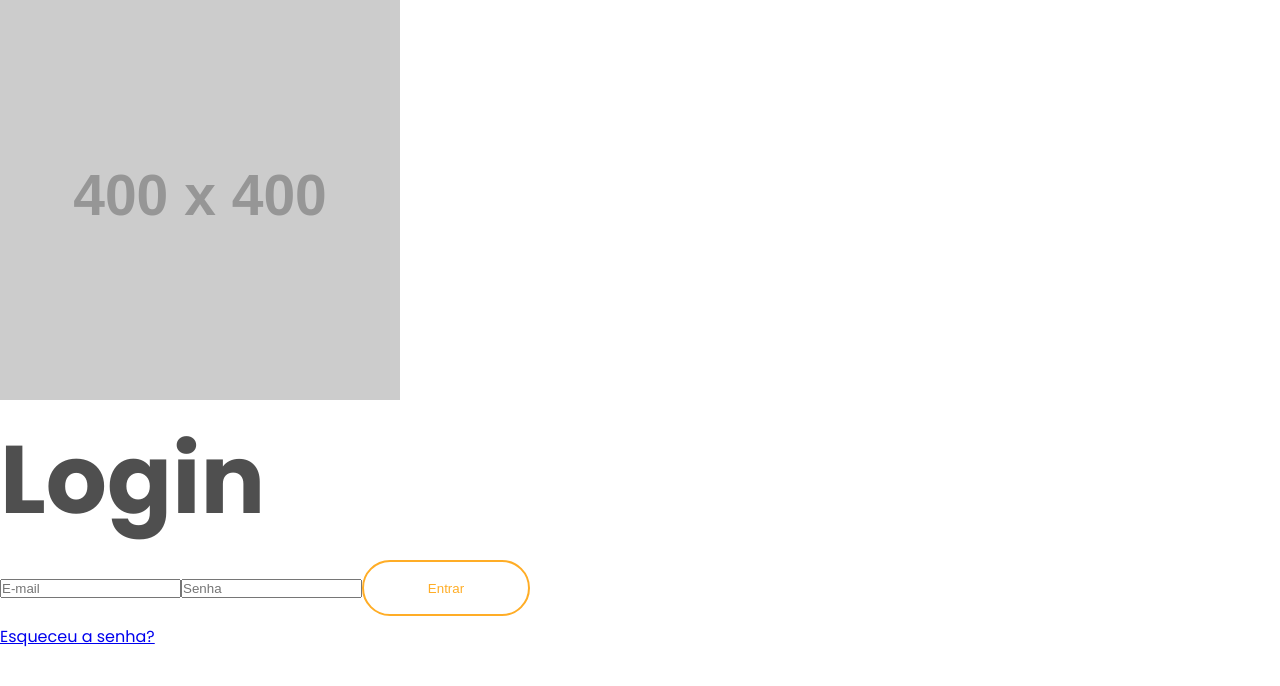
Repository: CCG-web/beeweb
Page: /login
An editor plug-in stored every save of this project. The page is shown before and after the next save, followed by the edit.
The browser window is 1280 px wide. The pictures show the whole page.
The project was rebuilt for these pictures with package versions that can differ from the ones it lists, and the page was loaded fresh each time. Also part of the build but not shown: src/components/Home.jsx, src/components/Sobre.css, src/components/Sobre.jsx, src/components/Cards.css, src/components/Cards.jsx, src/components/Team.css, src/components/Team.jsx, src/components/Contato.jsx and 5 more.

Above is the page before, as saved 2023-05-09 22:15:31.

### public/index.html
<!DOCTYPE html>
<html lang="en">
  <head>
    <meta charset="utf-8" />
    <link rel="icon" href="%PUBLIC_URL%/favicon.ico" />
    <meta name="viewport" content="width=device-width, initial-scale=1" />
    <meta name="theme-color" content="#000000" />
    <meta
      name="description"
      content="Web site created using create-react-app"
    />
    <link rel="preconnect" href="https://fonts.googleapis.com">
<link rel="preconnect" href="https://fonts.gstatic.com" crossorigin>
<link href="https://fonts.googleapis.com/css2?family=Poppins:ital,wght@0,100;0,200;0,300;0,400;0,500;0,600;0,700;0,800;0,900;1,100;1,200;1,300;1,400;1,500;1,600;1,700;1,800;1,900&display=swap" rel="stylesheet">
    <link rel="apple-touch-icon" href="%PUBLIC_URL%/logo192.png" />
    <!--
      manifest.json provides metadata used when your web app is installed on a
      user's mobile device or desktop. See https://developers.google.com/web/fundamentals/web-app-manifest/
    -->
    <link rel="manifest" href="%PUBLIC_URL%/manifest.json" />
    <!--
      Notice the use of %PUBLIC_URL% in the tags above.
      It will be replaced with the URL of the `public` folder during the build.
      Only files inside the `public` folder can be referenced from the HTML.

      Unlike "/favicon.ico" or "favicon.ico", "%PUBLIC_URL%/favicon.ico" will
      work correctly both with client-side routing and a non-root public URL.
      Learn how to configure a non-root public URL by running `npm run build`.
    -->
    <title>BeeWeb</title>
  </head>
  <body>
    <noscript>You need to enable JavaScript to run this app.</noscript>
    <div id="root"></div>
    <!--
      This HTML file is a template.
      If you open it directly in the browser, you will see an empty page.

      You can add webfonts, meta tags, or analytics to this file.
      The build step will place the bundled scripts into the <body> tag.

      To begin the development, run `npm start` or `yarn start`.
      To create a production bundle, use `npm run build` or `yarn build`.
    -->
  </body>
</html>

### src/index.js
import React from 'react';
import ReactDOM from 'react-dom/client';
import './index.css';
// import App from './App';

import { createBrowserRouter,RouterProvider } from "react-router-dom";
import App from "./App"
import Login from "./routes/Login"
const router = createBrowserRouter([
  {
path: "/",
element:<App/>,
  },{

  path: "login",
  element: <Login/>
},

])
const root = ReactDOM.createRoot(document.getElementById('root'));
root.render(
  <React.StrictMode>
    <RouterProvider router={router}/>
  </React.StrictMode>
);

### src/index.css
*{
   margin: 0;
   padding: 0;
   box-sizing: border-box;
}

### src/routes/Login.jsx
import React from 'react'
import "../routes/Login.css"
const Login = () => {
  return (
    <div className="row">
      <div className="col">
        <img src="https://via.placeholder.com/400x400" alt="Imagem de exemplo" />
      </div>
      <div className="col">
        <h1>Login</h1>
        <form>
          <input type="email" name="email" placeholder="E-mail" />
          <input type="password" name="password" placeholder="Senha" />
          <button type="submit">Entrar</button>
        </form>
        <a href="#">Esqueceu a senha?</a>
      </div>
    </div>
  )
}

export default Login

### src/App.css
body{
    font-family: 'Poppins', sans-serif;
}

nav {
    font-family: 'Poppins', sans-serif;
    font-size: 20px;
    font-weight: 300;

    position: fixed;
    z-index: 1;
    top: 0;
    width: 100%;
    height: 200px;
    background-color: #ffad26;
    color: white;
    opacity: 0.9;
}


.logo{
    position: absolute;
    left: 10px;
    top: -10px;
    width: 386px;
    height: 233px;

}
.list {
    list-style-type: none;
    background: #ffad26;
    height: 100%;
    display: flex;
    justify-content:flex-end;
    align-items: center;
    position: relative;
}

.items {
    margin-right: 75px;
    font-size: 20px;
    color: white;
    cursor: pointer;
    transition: color 0.3s ease, transform 0.3s ease;
  }

  .items:hover {
    color: black;
    transform: translateX(-5px) rotate(-5deg);
  }

.items {
    margin-right: 65px;
    font-size: 20px;

    color: white;
    cursor: pointer;
}

.btn {
    border: none;
    display: none;
    position: absolute;
    background-color:#ffad26;
    right: 10px;
    top: 20px;
    padding: 5px;
    color: white;
    font-size: 20px;
}

@media screen and (max-width: 1366px) {
    nav{
        height: 150px;

    }

    .logo{

        width: 308.8px;
        height: 186.4px;
    }
}

@media screen and (max-width: 1000px) {
    .list {
        flex-direction: column;
        height: auto;
    }
    .logo{
        position: absolute;
        left: 10px;
        top:0px;
        width: 155.6px;
        height: 93.2px;

    }
    nav{
        height: 100px;
    }
    .items:nth-child(1) {

        margin-top: 100px;
    }

    .items {
        border-top: 1px solid rgb(255, 249, 249);
        width: 100%;
        text-align: center;
        margin-right: 0px;
        padding: 20px 0;
    }

    .btn {
        display: block;
    }
}
/* fim navabar*/

.uso{
    display: flex;
    justify-content: center;
    width: 100%;
    height: 200px;
}

.imgUso{
    margin: 40px;
    width: 321px;
    height: 122px;
}

.imgEquipe{
    margin: 40px;
    width: 321px;
    height: 122px;
}

.cardContainer {

    display: flex;
    justify-content: center;

}

@media screen and (max-width: 768px) {
    .cardContainer {
        display: flex;

        flex-direction: column;
        align-items: center;

    }

    .card {

        width: 300px;



    }

}

@media screen and (max-width: 430px) {


.imgUso{
    margin: 40px;
    width: 120px;
    height: 61px;
}


    .card {
        width: 250px;


    }


}


@media screen and (max-width: 300px) {
    .card {
    margin-left: 5%;
    }
}

### src/components/Home.css
section {
    width: 100%;

    height: 800px;

    display: flex;
    justify-content: center;
    text-align: center;
    align-items: center;

}

h1 {
    font-family: 'Poppins', sans-serif;
    font-size: 96px;
    font-style: mixed;
    color: #4F4F4F;
}

p {
    font-family: 'Poppins', sans-serif;
    font-style: normal;
    font-size: 18px;
    color: #4F4F4F;
}

.btnProjeto {
    cursor: pointer;
    margin: 10px;
    font-size: 24px;
    background-color: #FFAD26;
    width: 280px;
    height: 86px;
    color: #FFFF;
    border: none;
    border-radius: 71px;
    transition: transform 0.4s ease-in-out, background-color 0.4s ease-in-out;
  }

  .btnProjeto:hover {
    background-color: #E76F00;
    transform: scale(1.05);
  }

  .btnProjeto:active {
    background-color: #FFC940;
    transform: scale(0.95);
  }



@media screen and (max-width: 1000px) {

    section{
        height:600px;;
    }



    h1 {
        font-size: 48px;
    }



    .btnProjeto {
        width: 140px;
        height: 43px;
        font-size: 12px;
    }
}


@media screen and (max-width: 400px) {
    h1 {
        font-size: 30px;
    }
    p {
        font-size: 10px;
    }

    .btnProjeto {
        width: 90px;
        height: 41.5px;
    }

}

### src/components/Contato.css
* {
    box-sizing: border-box;
  }

  body {

    margin: 0;
    padding: 0;
  }

  .itensForm{
    width: 100%;
    display: flex;
    justify-content: center;



  }
  .first{
    justify-content: end;
  }
  .listContact{

    margin-bottom: 15%;
    list-style-type: none;
  }

 .icons{
  color: #FFAD26;
    margin-right: 5px;
  }
  .Secord{

    justify-content: initial;
    margin-left: 5%;
  }
  .containerForm{


    display: flex;
    justify-content: center;

    align-items: center;
    height: 400px;
    background-color: white;
    margin-left: 12%;
    margin-right: 9%;
  }

  .form {
    display: flex;
    flex-direction: column;
    justify-content: center;
    align-items: center;
    background-color: white;
    border-radius: 5px;
    padding: 20px;

    max-width: 500px;
    width: 90%;
  }

  input[type="text"],
  textarea {
    width: 100%;
    padding: 12px 20px;
    margin: 8px 0;
    box-sizing: border-box;
    border: none;
    border-radius: 60px;
    background-color: #FFAD26;
    color: white;
  }

  input[type="text"]::placeholder,
  textarea::placeholder {
    color: white;
  }

  .contact-info {
    display: flex;
    justify-content: space-between;
    width: 100%;
    margin-top: 20px;
    font-size: 16px;
  }

  .contact-info li {
    display: flex;
    align-items: center;
  }

  .contact-info li i {
    margin-right: 10px;
    font-size: 20px;
    color: #FFAD26;
  }

  button[type="submit"] {
    background-color: white;
    color: #FFAD26;
    padding: 12px 20px;
    margin: 8px 0;
    border: 2px solid #FFAD26;
    border-radius: 60px;
    cursor: pointer;
    width: 168px;
    height: 56px;
  }

  button[type="submit"]:hover {
    background-color: #FFAD26;
    color: white;
  }

  @media screen and (max-width: 786px) {
    .first{
        justify-content: center;
    }
    .Secord{
        margin: 0;
        justify-content: center;
    }
    .containerForm{
        flex-direction: column;

    }

    .form {
      width: 100%;
    }
  }

After the next save:
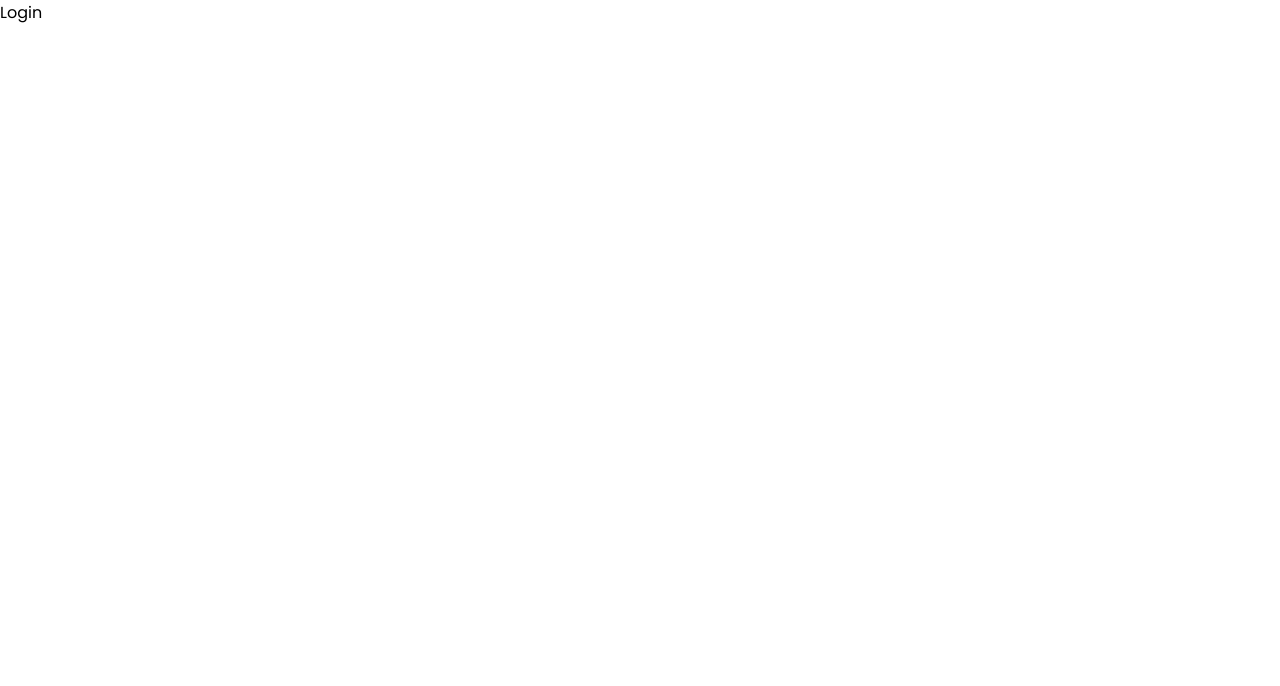
Saved 18 s later.
--- a/src/routes/Login.jsx
+++ b/src/routes/Login.jsx
@@ -2,20 +2,7 @@
 import "../routes/Login.css"
 const Login = () => {
   return (
-    <div className="row">
-      <div className="col">
-        <img src="https://via.placeholder.com/400x400" alt="Imagem de exemplo" />
-      </div>
-      <div className="col">
-        <h1>Login</h1>
-        <form>
-          <input type="email" name="email" placeholder="E-mail" />
-          <input type="password" name="password" placeholder="Senha" />
-          <button type="submit">Entrar</button>
-        </form>
-        <a href="#">Esqueceu a senha?</a>
-      </div>
-    </div>
+    <div>Login</div>
   )
 }
 

After the save that followed:
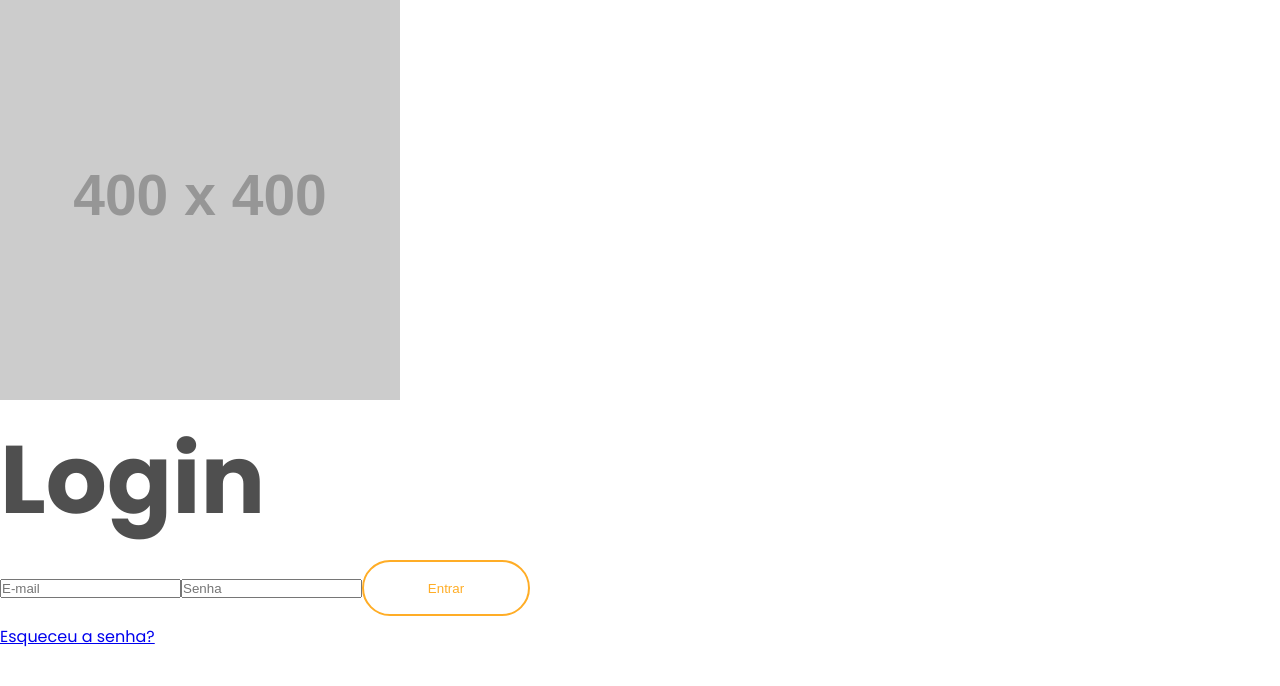
Saved 8 s later.
--- a/src/routes/Login.jsx
+++ b/src/routes/Login.jsx
@@ -2,7 +2,20 @@
 import "../routes/Login.css"
 const Login = () => {
   return (
-    <div>Login</div>
+    <div className="row">
+      <div className="col">
+        <img src="https://via.placeholder.com/400x400" alt="Imagem de exemplo" />
+      </div>
+      <div className="col">
+        <h1>Login</h1>
+        <form>
+          <input type="email" name="email" placeholder="E-mail" />
+          <input type="password" name="password" placeholder="Senha" />
+          <button type="submit">Entrar</button>
+        </form>
+        <a href="#">Esqueceu a senha?</a>
+      </div>
+    </div>
   )
 }
 
